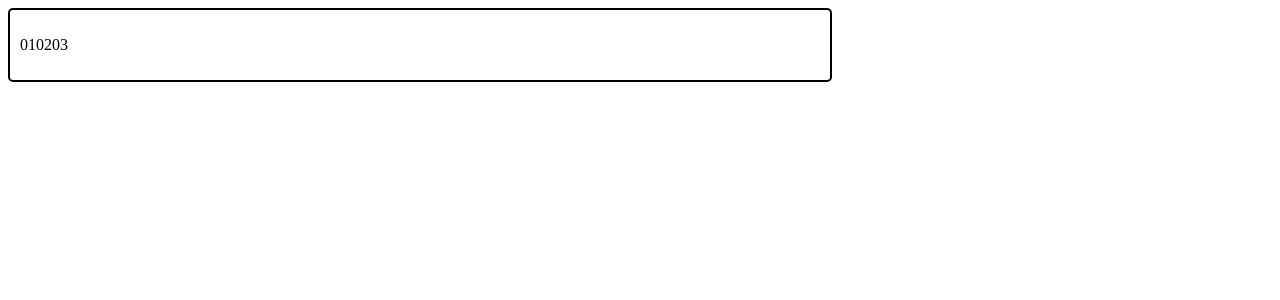
Repository: ozielms/flexbox
Page: outros/flexbox-master/index.html
An editor plug-in stored every save of this project. The page is shown before and after the next save, followed by the edit.
The browser window is 1280 px wide. The pictures show the whole page.

Above is the page before, as saved 2022-04-23 04:15:11.

After the next save:
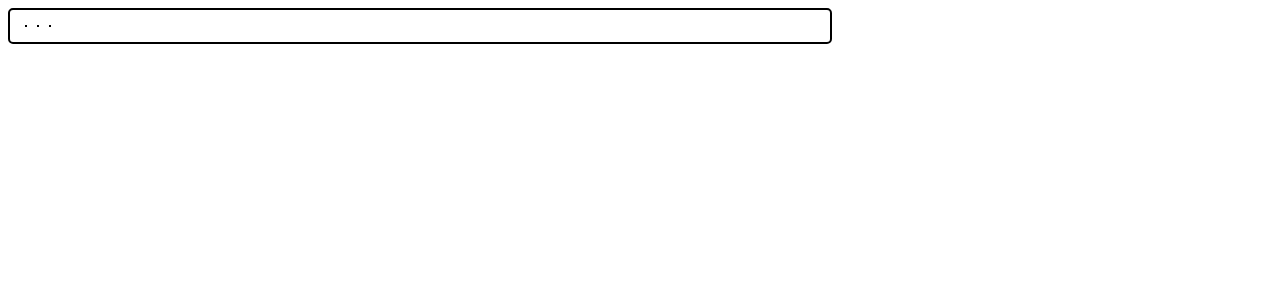
Saved 13 s later.
--- a/outros/flexbox-master/index.html
+++ b/outros/flexbox-master/index.html
@@ -13,16 +13,12 @@
 <body>
 
     <div class="pai">
-        <div class="filho1">
-            <p>01</p>
-        </div>
-        <div class="filho2">
-            <p>02</p>
-        </div>
-        <div class="filho3">
-            <p>03</p>
-        </div>
+        <div class="filho"></div>
+        <div class="filho"></div>
+        <div class="filho"></div>
     </div>
+
+
 
 </body>
 
